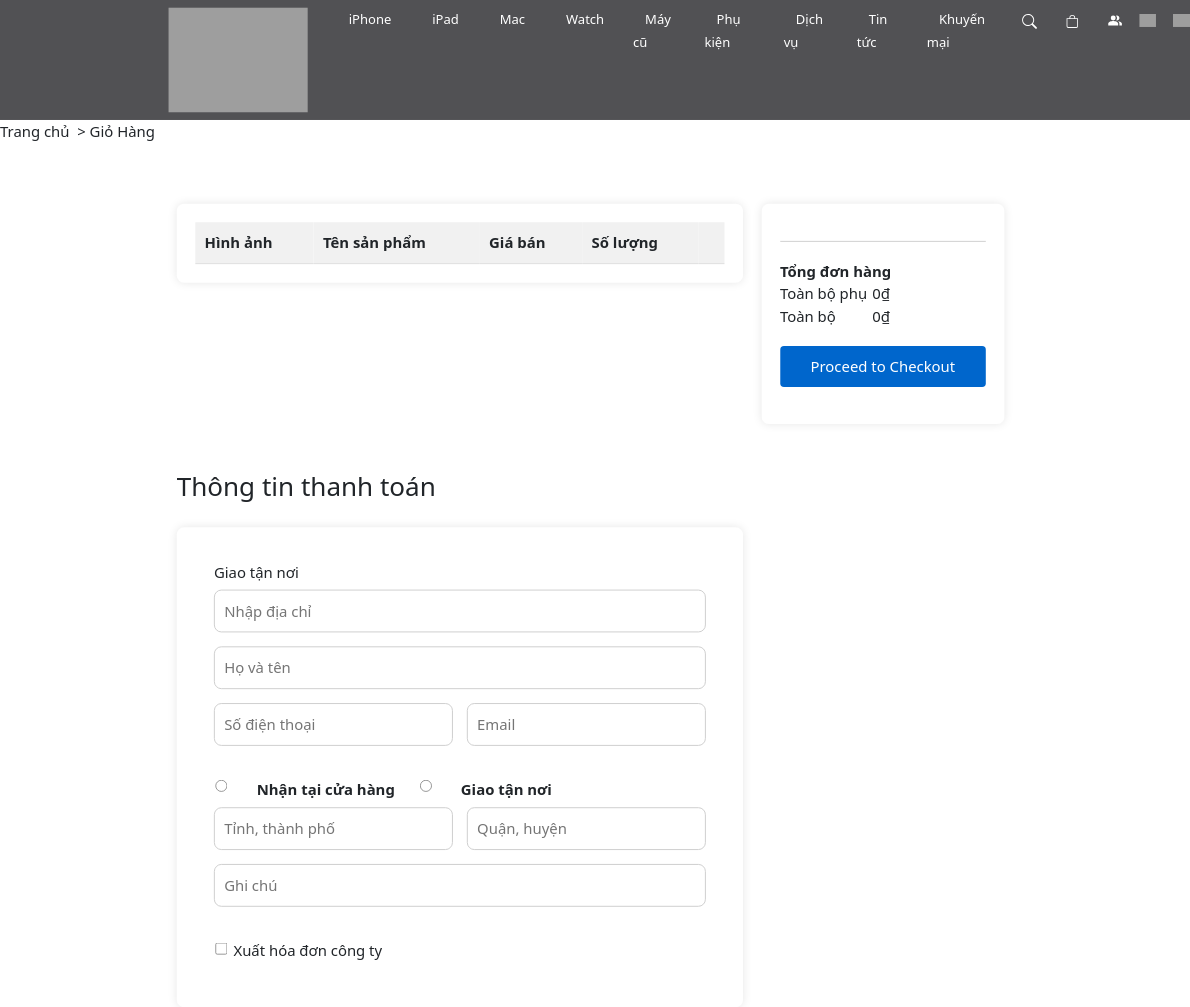
Repository: 20092004nam2k4/FE-ShopDunk
Page: /cart
These files come from the project's save history. The page is drawn as it stood at one moment and after a run of saves; the edit follows.
The browser window is 1280 px wide. The pictures show the whole page, at 93% of full size.
Pictures or frames that could not be fetched are drawn as grey boxes. The page's requests for data from a server got no answer. The project was rebuilt for these pictures with package versions that can differ from the ones it lists, and the page was loaded fresh each time. No one was signed in, and anything a server would have sent is missing. Also part of the build but not shown: src/component/common/SlideImage.css, src/component/common/SlideImage.js, src/component/product/ProductCart.css, src/component/product/ProductList.js, src/component/product/ProductDetail.css, src/component/product/ProductDetail.js, src/component/user/LoginUser.js, src/component/user/UserProfile.js and 3 more.

Above is the page before, as saved 2024-06-14 12:44:57.

### src/App.js
import React from "react";
import { BrowserRouter as Router, Route, Routes } from "react-router-dom";
import Navbar from "./component/common/Navbar";
import SlideImage from "./component/common/SlideImage";
import ProductList from "./component/product/ProductList";
import CartPage from "./component/cart/CartPage";
import ProductDetail from "./component/product/ProductDetail";
import LoginUser from "./component/user/LoginUser";
import UserProfile from "./component/user/UserProfile";
import { AuthProvider } from "./context/AuthContext";
import RegisterUser from "./component/user/UserRegister";
import CategoryProducts from "./component/product/CategoryProducts"; // Import the new component

function App() {
  return (
    <AuthProvider>
      <Router>
        <div className="App">
          <Navbar />
          <Routes>
            <Route
              path="/"
              element={
                <>
                  <SlideImage />
                  <ProductList />
                </>
              }
            />
            <Route path="/cart" element={<CartPage />} />
            <Route path="/product/:id" element={<ProductDetail />} />
            <Route path="/register" element={<RegisterUser />} />
            <Route path="/login" element={<LoginUser />} />
            <Route path="/profile" element={<UserProfile />} />
            <Route
              path="/category/:categoryId"
              element={<CategoryProducts />}
            />{" "}
            {/* Add this line */}
          </Routes>
        </div>
      </Router>
    </AuthProvider>
  );
}

export default App;

### src/component/common/Navbar.js
import React, { useContext, useState, useRef, useEffect } from "react";
import "./Navbar.css";
import { BsBag } from "react-icons/bs";
import { MdPeopleAlt } from "react-icons/md";
import { BsSearch } from "react-icons/bs";
import { Link, useNavigate } from "react-router-dom";
import { AuthContext } from "../../context/AuthContext";

const Navbar = () => {
  const { isLoggedIn, user, logout } = useContext(AuthContext);
  const [showDropdown, setShowDropdown] = useState(false);
  const navigate = useNavigate();
  const navbarRef = useRef(null); // Ref cho thanh navbar

  useEffect(() => {
    // Function để xử lý khi click ra ngoài navbar
    const handleOutsideClick = (event) => {
      if (navbarRef.current && !navbarRef.current.contains(event.target)) {
        setShowDropdown(false); // Ẩn dropdown menu khi click ra ngoài navbar
      }
    };

    document.addEventListener("mousedown", handleOutsideClick); // Thêm sự kiện mousedown
    return () => {
      document.removeEventListener("mousedown", handleOutsideClick); // Xóa sự kiện khi component unmount
    };
  }, []);

  const handleIconClick = () => {
    setShowDropdown(!showDropdown); // Hiển thị hoặc ẩn dropdown menu
  };

  const handleLogout = () => {
    logout();
    navigate("/");
  };

  return (
    <div className="navbar-center" ref={navbarRef}>
      <nav className="navbar">
        <ul className="navbar-links">
          <li>
            <Link to="/">
              <img
                className="imageIcon"
                src="https://shopdunk.com/images/thumbs/0012445_Logo_ShopDunk.png"
                alt="ShopDunk Logo"
              />
            </Link>
          </li>
          <li><Link to="/category/1">iPhone</Link></li>
          <li><Link to="/category/2">iPad</Link></li>
          <li><Link to="/category/3">Mac</Link></li>
          <li><Link to="/category/4">Watch</Link></li>
          <li><a href="#maycu">Máy cũ</a></li>
          <li><Link to="/category/5">Phụ kiện</Link></li>
          <li><a href="#dichvu">Dịch vụ</a></li>
          <li><a href="#tintuc">Tin tức</a></li>
          <li><a href="#khuyenmai">Khuyến mại</a></li>
          <li><BsSearch className="icon-search" /></li>
          <li><Link to="/cart"><BsBag className="icon-bag" /></Link></li>
          <li>
            <div className="icon-people" onClick={handleIconClick}>
              <MdPeopleAlt />
              {isLoggedIn && showDropdown && (
                <div className="dropdown-menu">
                  <Link to="/profile">Tài khoản của tôi</Link>
                  <a href="/" onClick={handleLogout}>Đăng xuất</a>
                </div>
              )}
            </div>
          </li>
          <li>
            <img
              className="imageIconVN"
              src="https://shopdunk.com/images/flags/vn.png"
              alt="Vietnam Flag"
            />
          </li>
          <li>
            <img
              className="imageIconVN"
              src="https://shopdunk.com/images/flags/us.png"
              alt="US Flag"
            />
          </li>
        </ul>
      </nav>
    </div>
  );
};

export default Navbar;

### src/context/AuthContext.js
import React, { createContext, useState, useEffect } from "react";

export const AuthContext = createContext();

export const AuthProvider = ({ children }) => {
  const [isLoggedIn, setIsLoggedIn] = useState(false);
  const [user, setUser] = useState(null);

  useEffect(() => {
    const storedUser = localStorage.getItem("user");
    if (storedUser) {
      setIsLoggedIn(true);
      setUser(JSON.parse(storedUser));
    }
  }, []);

  const login = (userData) => {
    setIsLoggedIn(true);
    setUser(userData);
    localStorage.setItem("user", JSON.stringify(userData));
  };

  const logout = () => {
    setIsLoggedIn(false);
    setUser(null);
    localStorage.removeItem("user");
  };

  return (
    <AuthContext.Provider value={{ isLoggedIn, user, login, logout }}>
      {children}
    </AuthContext.Provider>
  );
};

### src/component/common/Navbar.css
.navbar {
  background-color: #515154;
  padding: 10px;
  position: relative; /* Thêm thuộc tính position relative */
}

.navbar-links {
  list-style: none;
  display: flex;
  justify-content: center;
  max-width: 1400px;
  margin: 0;
padding-left: 150px;
 position: relative; /* Thêm thuộc tính position relative */
  z-index: 1; /* Đảm bảo navbar hiển thị trên cùng */
}

.navbar-links li {
  padding-left: 18px;
}

.navbar-links a {
  color: white;
  text-decoration: none;
  padding: 10px 13px 25px;
  transition: background-color 0.3s;
  font-size: 14px;
}

.navbar-links a:hover {
  background-color: #6a6969;
}

.imageIcon {
  width: 150px;
}

.icon-bag,
.icon-people,
.icon-search {
  color: white;
  height: 30px;
}

.imageIconVN {
  height: 14px;
}

.dropdown-menu {
  position: absolute;
  top: 100%; /* Hiển thị menu dropdown bên dưới navbar */
  left: 0;
  background-color: #515154;
  min-width: 200px; /* Độ rộng tối thiểu của dropdown menu */
  z-index: 10; /* Đảm bảo menu dropdown hiển thị trên cùng */
  box-shadow: 0px 8px 16px rgba(0, 0, 0, 0.2); /* Đổ bóng cho dropdown menu */
  display: none; /* Ẩn dropdown menu mặc định */
}

.dropdown-menu.active {
  display: block; /* Hiển thị dropdown menu khi active */
}

.dropdown-menu a {
  color: white;
  text-decoration: none;
  padding: 15px;
  display: block;
  transition: background-color 0.3s;
}

.dropdown-menu a:hover {
  background-color: #7f7d7d;
}

### src/component/cart/CartPage.css
/* General styles for the cart page */
.tong {
    display: flex;
    justify-content: center;
    align-items: flex-start;
    padding-top: 50px;
    padding-left: 90px;
    padding-right: 100px;
    gap: 20px; /* Add gap between left and right sections */
    margin: 0 100px; /* Adjust left and right margins to 100px */
    max-width: 1400px; /* Set a maximum width for the container */
}

.left {
    width: 70%; /* Increase width to 70% */
    background-color: #fff; /* Add background color for clarity */
    padding: 20px; /* Add padding for spacing */
    box-shadow: 0 0 10px rgba(0, 0, 0, 0.1); /* Add box shadow for aesthetics */
    border-radius: 8px; /* Add border radius for rounded corners */
}

.right {
    width: 30%; /* Adjust width to 30% */
    background-color: #fff; /* Add background color for clarity */
    padding: 20px; /* Add padding for spacing */
    box-shadow: 0 0 10px rgba(0, 0, 0, 0.1); /* Add box shadow for aesthetics */
    border-radius: 8px; /* Add border radius for rounded corners */
}

.table-wrapper {
    overflow-x: auto;
    margin-bottom: 20px;
}

.cart {
    width: 100%;
    border-collapse: collapse;
}

.cart th,
.cart td {
    padding: 10px;
    text-align: left;
    border-bottom: 1px solid #ddd;
}

.cart th {
    background-color: #f1f1f1;
}

.cart img {
    max-width: 80px;
    height: auto;
}

.product-name {
    font-weight: bold;
    color: #333;
    text-decoration: none;
}

.product-name:hover {
    text-decoration: underline;
}

.attributes {
    font-size: 14px;
    color: #555;
}

.edit-item a {
    font-size: 14px;
    color: #0066cc;
}

.unit-price,
.subtotal {
    font-weight: bold;
    color: #333;
}

.qty-input {
    width: 40px;
    text-align: center;
    border: 1px solid #ddd;
    padding: 5px;
    margin: 0 5px;
}

.remove-btn {
    background: none;
    border: none;
    color: red;
    cursor: pointer;
}

.cart-options {
    margin-top: 20px;
}

.button {
    padding-top: 10px;
    display: inline-flex;
    float: right;
}

.common-buttons .button-2 {
    background-color: #5f5c5c;
    color: white;
    border: none;
    padding: 10px 20px;
    cursor: pointer;
    margin-right: 10px;
    border-radius: 5px;
}

.common-buttons .button-2:hover {
    background-color: #005bb5;
}

.footerMain {
    padding: 40px 0;
}

.footerMain .text-uppercase {
    text-transform: uppercase;
}

.footerMain .fw-bold {
    font-weight: bold;
}

.footerMain p {
    margin: 0;
    padding: 5px 0;
}

.footerMain a {
    color: #ffffff;
    text-decoration: none;
}

.footerMain a:hover {
    text-decoration: underline;
}

/* Styles for deals section */
.deals {
    margin-bottom: 20px;
}

/* Styles for coupon box */
.coupon-box {
    border: 1px solid #ccc;
    padding: 15px;
    background-color: #f9f9f9;
    width: 100%; /* Adjust width to 100% */
    box-sizing: border-box; /* Ensure padding is included in width */
    border-radius: 8px; /* Add border radius for rounded corners */
    box-shadow: 0 2px 4px rgba(0, 0, 0, 0.1); /* Add subtle shadow */
    margin-bottom: 20px; /* Add space below the coupon box */
}

.title {
    font-weight: bold;
    font-size: 18px;
    color: #333;
    margin-bottom: 10px; /* Add space below the title */
}

.hint {
    margin-top: 5px;
    color: #666;
    font-size: 14px;
}

/* Styles for coupon code input */
.coupon-code input {
    width: calc(100% - 20px); /* Adjust width to fit within the coupon box */
    margin-top: 10px;
    padding: 10px;
    border: 1px solid #ccc;
    border-radius: 4px; /* Add border radius */
    box-sizing: border-box; /* Ensure padding is included in width */
}

/* Styles for apply button */
.apply-discount-coupon-code-button {
    margin-top: 10px;
    padding: 10px;
    background-color: #0066CC;
    color: #fff;
    border: none;
    border-radius: 4px; /* Add border radius */
    cursor: pointer;
    width: 100%; /* Make button full-width */
}

.apply-discount-coupon-code-button:hover {
    background-color: #005bb5; /* Darken button color on hover */
}

/* Styles for totals section */
.totals {
    border-top: 1px solid #ccc;
    padding-top: 20px;
    margin-top: 20px;
}

/* Styles for total info */
.total-info {
    margin-bottom: 20px;
}

/* Styles for left side of total row */
.cart-total-left {
    padding-right: 10px;
    font-weight: bold;
}

/* Styles for total value */
.value-summary {
    font-weight: bold;
}

/* Styles for checkout buttons */
.checkout-buttons {
    margin-top: 20px;
}

/* Styles for checkout button */
.checkout-button {
    padding: 10px 20px;
    background-color: #0066CC;
    color: #fff;
    border: none;
    border-radius: 4px; /* Add border radius */
    cursor: pointer;
    width: 100%; /* Make button full-width */
    text-align: center; /* Center text */
}

.checkout-button:hover {
    background-color: #005bb5; /* Darken button color on hover */
}

/* Styles for note */
.note-ck {
    margin-top: 10px;
    font-size: 12px;
    color: red;
}
.remove-button {
    background: none;
    border: none;
    cursor: pointer;
    color: rgb(98, 97, 97); /* Customize as needed */
    font-size: 1.2em; /* Customize size as needed */
  }
  .tittle-header{
    margin-top: 20px;
    margin-left: 150px;
    background-color: #f1f1f1;
    margin-right: 200px;
    margin-bottom: -30px;
    padding-left: 15px;
  }
  .enter-address {
    padding: 20px;
}
.edit-address {
    margin-top: 20px;
}
.edit-address input[type="text"],
.edit-address select {
    width: 100%;
    padding: 10px;
    margin-bottom: 10px;
    border: 1px solid #ccc;
    border-radius: 5px;
}
.edit-address label {
    display: block;
    margin-bottom: 5px;
    font-weight: bold;
}
.edit-address input[type="radio"],
.edit-address label {
    margin-right: 10px;
}
.edit-address span {
    display: block;
    margin-top: 5px;
    font-style: italic;
}
.bg-white {
    background-color: #fff;
}
.left {
    width: 70%; /* Increase width to 70% */
    background-color: #fff; /* Add background color for clarity */
    padding: 20px; /* Add padding for spacing */
    box-shadow: 0 0 10px rgba(0, 0, 0, 0.1); /* Add box shadow for aesthetics */
    border-radius: 8px; /* Add border radius for rounded corners */
  }

  .tong-bot {
    display: flex;
    align-items: flex-start;
    gap: 20px; /* Add gap between left and right sections */
    margin: 0 100px; /* Adjust left and right margins to 100px */
    max-width: 1370px; /* Set a maximum width for the container */
    display: flex;
    align-items: flex-start;
    padding-top: 20px;
    padding-left: 90px;
    padding-right: 120px;
    gap: 20px; /* Add gap between left and right sections */
}

  .enter-address {
    display: flex;
    flex-direction: column;
  }

  .enter-address input,
  .enter-address select {
    width: 100%;
    margin-bottom: 15px;
    padding: 10px;
    border: 1px solid #ccc;
    border-radius: 8px;
  }

  .half-inputs {
    display: flex;
    gap: 15px;
  }

  .edit-address .delivery-method {
    display: flex;
    gap: 15px;
  }

  .edit-address input[type="checkbox"] {
    transform: scale(0.8);
    border-radius: 50%; /* Make the checkboxes round */
    width: 16px; /* Adjust the width */
    height: 16px; /* Adjust the height */
  }
  .edit-address input[type="radio"] {
    transform: scale(0.8);
    border-radius: 10%; /* Make the checkboxes round */
    width: 16px; /* Adjust the width */
    height: 16px; /* Adjust the height */
  }

  .edit-address .delivery-method input[type="checkbox"] {
    vertical-align: middle; /* Align checkboxes vertically */
  }
  .edit-address .delivery-method input[type="radio"] {
    vertical-align: middle; /* Align checkboxes vertically */
  }

  .edit-address .delivery-method label {
    vertical-align: middle; /* Align labels vertically */
    margin-left: 5px; /* Add space between checkbox and label */
  }
  .thanhtoan{
    padding-left: 190px;
    margin-top: 50px;
  }

### src/component/user/Login.css
body {
    font-family: sans-serif;
    /* display: flex; */
    justify-content: center;
    align-items: center;
    min-height: 100vh;
    background-color: #f5f5f5;
  }
  .userName-login{
    margin-top: 25px;
  }



  .left-side {
    width: 50%;
    display: flex;
    justify-content: center;
    align-items: center;
    margin-top: 90px;
  }

  .right-side {
    width: 50%;
    padding: 20px;
    margin-top: 90px;
  }

  .left-side img {
    width: 100%;
    max-width: 600px;
    height: 350px;
  }

  h2 {
    margin-bottom: 20px;
  }

  input[type="text"],
  input[type="password"] {
    width: 100%;
    padding: 10px;
    margin-bottom: 15px;
    border: 1px solid #ddd;
    border-radius: 10px;
    box-sizing: border-box;
  }

  input[type="checkbox"] {
    margin-right: 5px;
  }

  button {
    background-color: #007bff;
    color: #fff;
    padding: 10px 20px;
    border: none;
    border-radius: 3px;
    cursor: pointer;
    width: 100%;
  }

  .link {
    display: block;
    text-align: center;
    margin-top: 15px;
    color: #007bff;
    text-decoration: none;
  }

  .footerMain{
margin-top: 200px;
  }
  .textFooter{
    padding-left: 200px !important;
  }
  .textToRegister{
    margin-top: 15px;
  }

### src/component/user/UserProfile.css
    /* Reset CSS */
    * {
        box-sizing: border-box;
        margin: 0;
        padding: 0;
    }

    body {
        font-family: Arial, Helvetica, sans-serif;
        background-color: #f5f5f7; /* Updated background color */
    }

    .page-container {
        padding: 20px;
        background-color: #f5f5f7; /* Background color for the page */
    }

    .container {
        display: flex;
        justify-content: space-between;
        margin: 30px auto;
        width: 80%;
        /* gap: 30px;  */
    }

    .navigation {
        width: 25%;
        background-color: #fff;
        padding: 20px;
        border-radius: 10px;
        border: 1px solid #ddd; /* Border for left div */
        box-shadow: 0 0 10px rgba(0, 0, 0, 0.1); /* Optional: for a subtle shadow effect */
        margin-left: 50px;
    }

    .navigation ul {
        padding-left: 0; /* Reset padding */
        list-style: none; /* Remove bullet points */
    }

    .navigation li {
        padding: 10px 0;
        border-bottom: 1px solid #ddd;
    }

    .navigation li:last-child {
        border-bottom: none;
    }

    .navigation li a {
        color: #333;
        text-decoration: none;
        display: flex;
        align-items: center;
    }

    .navigation li a i {
        margin-right: 10px;
        font-size: 1.2em;
    }

    .form {
        width: calc(70% - 100px); /* Reduced width by 100px */
        background-color: #fff;
        padding: 20px;
        border-radius: 10px;
        border: 1px solid #ddd; /* Border for right div */
        box-shadow: 0 0 10px rgba(0, 0, 0, 0.1); /* Optional: for a subtle shadow effect */
        display: flex;
        flex-direction: column;
        height: calc(100% + 70px); /* Increased height by 70px */
        margin-right: 90px;
    }

    .form-row {
        display: flex;
        justify-content: space-between;
        align-items: center;
        margin-bottom: 15px;
    }

    .form-row label {
        flex: 1;
    }

    .form-row input,
    .form-row select {
        flex: 2;
        padding: 10px;
        border: 1px solid #ddd;
        border-radius: 5px;
    }

    .form-row .input-group {
        display: flex;
        flex-direction: column;
        margin-bottom: 15px;
    }

    .form-row .input-group input {
        margin-top: 10px;
    }

    .input-email {
        padding-left: 20px;
    }

    .input-gender {
        display: flex;
        align-items: center;
        padding-left: 20px;
    }

    .input-gender > div {
        display: flex;
        align-items: center;
        margin-right: 20px;
    }

    .input-gender label {
        margin-left: 5px;
        margin-right: 15px; /* Adjust spacing between the labels and inputs */
    }

    .form-row.birthday-row {
        display: flex;
        justify-content: space-between;
        align-items: center;
        margin-bottom: 15px;
    }

    .form-row.birthday-row label {
        flex: 1;
    }

    .form-row.birthday-row select {
        flex: 1;
        padding: 10px;
        border: 1px solid #ddd;
        border-radius: 5px;
    }

    .form button {
        background-color: #0066cc;
        color: white;
        padding: 10px 20px;
        border: none;
        border-radius: 5px;
        cursor: pointer;
        width: 124px;
        height: 43px;
        margin: 0 auto; /* Add this line to center the button */
        margin-top: 10px;
    }

    .newsletter {
        text-align: center;
        margin-top: 50px;
    }

    .footerMain {
        text-align: center;
        background-color: #333;
        color: #fff;
        padding: 10px 0;
    }

    .newsletter .input-group {
        width: auto;
        display: inline-flex;
        border-radius: 20px;
        margin-top: 20px;
    }

    .newsletter .input-group .form-control {
        width: 500px;
        height: 50px;
        border-radius: 20px;
    }

    .newsletter .input-group .btn {
        width: 100px;
        background-color: #0066cc;
        color: white;
        border: none;
        border-radius: 20px;
        height: 50px;

    }

    .text-email {
        margin-top: 21px;
    }
    .radio-male{
        margin-left: -48px;

    }
    .text-user{
        margin-right: 580px;
        padding-top: 17px;
    }
    .text-male{
        padding-top: 9px;
    margin-right: 234px;
    }
    .text-female{
        padding-top: 8px;
    }
    .email-info{
        padding-top: 10px;
    }
    .email-text{
        margin-bottom: 24px;
    }

Loaded but not shown: public/index.html (common file); src/index.js (common file); src/component/cart/CartPage.js (218 lines, source omitted)

After the next 2 saves:
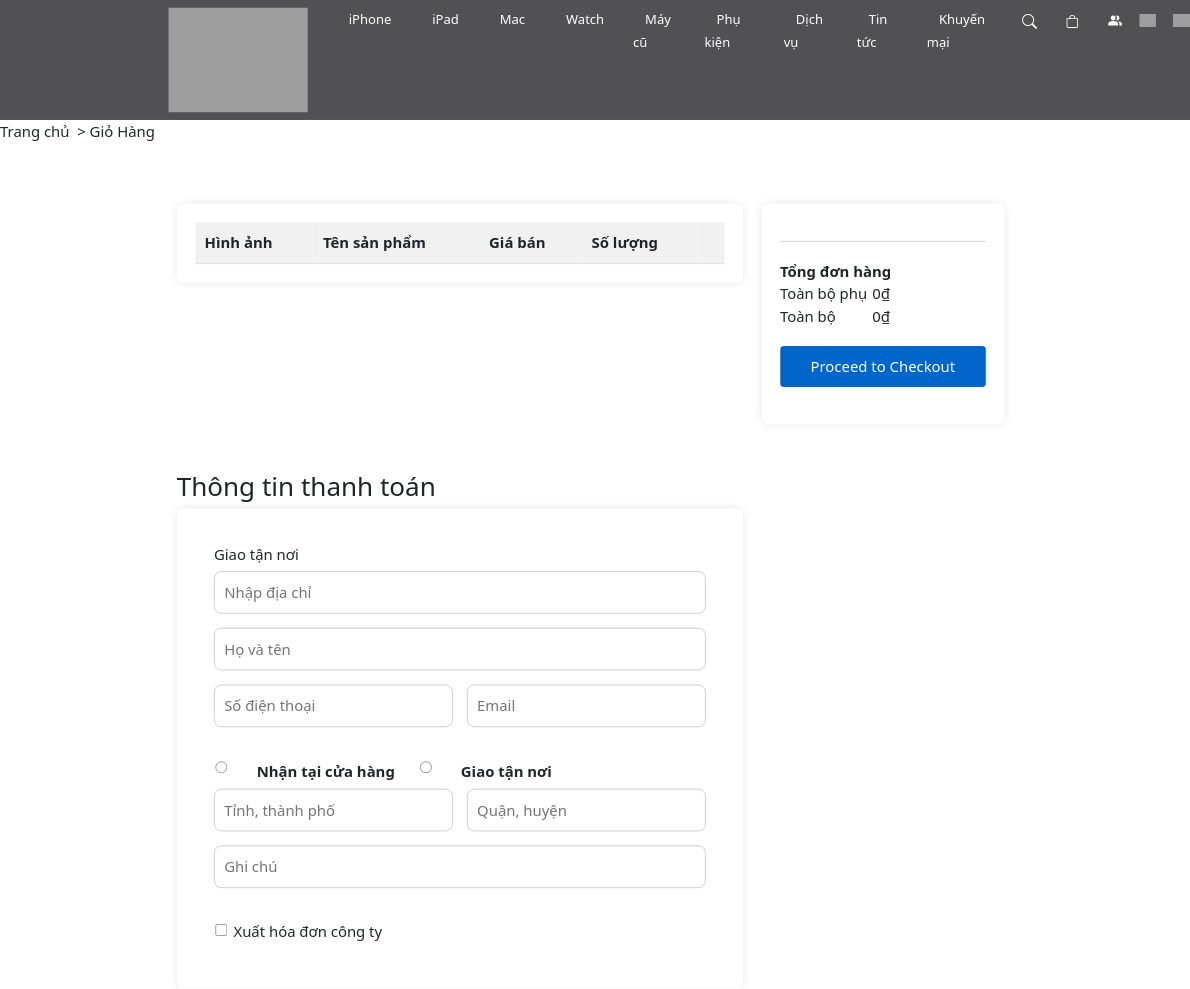
The 2 saves are shown as one change because they came seconds apart.
The last was saved 17 s later.
--- a/src/component/cart/CartPage.css
+++ b/src/component/cart/CartPage.css
@@ -312,7 +312,7 @@
     max-width: 1370px; /* Set a maximum width for the container */
     display: flex;
     align-items: flex-start;
-    padding-top: 20px;
+    padding-top: px;
     padding-left: 90px;
     padding-right: 120px;
     gap: 20px; /* Add gap between left and right sections */
@@ -350,7 +350,7 @@
   }
   .edit-address input[type="radio"] {
     transform: scale(0.8);
-    border-radius: 10%; /* Make the checkboxes round */
+    border-radius: 50%; /* Make the checkboxes round */
     width: 16px; /* Adjust the width */
     height: 16px; /* Adjust the height */
   }
